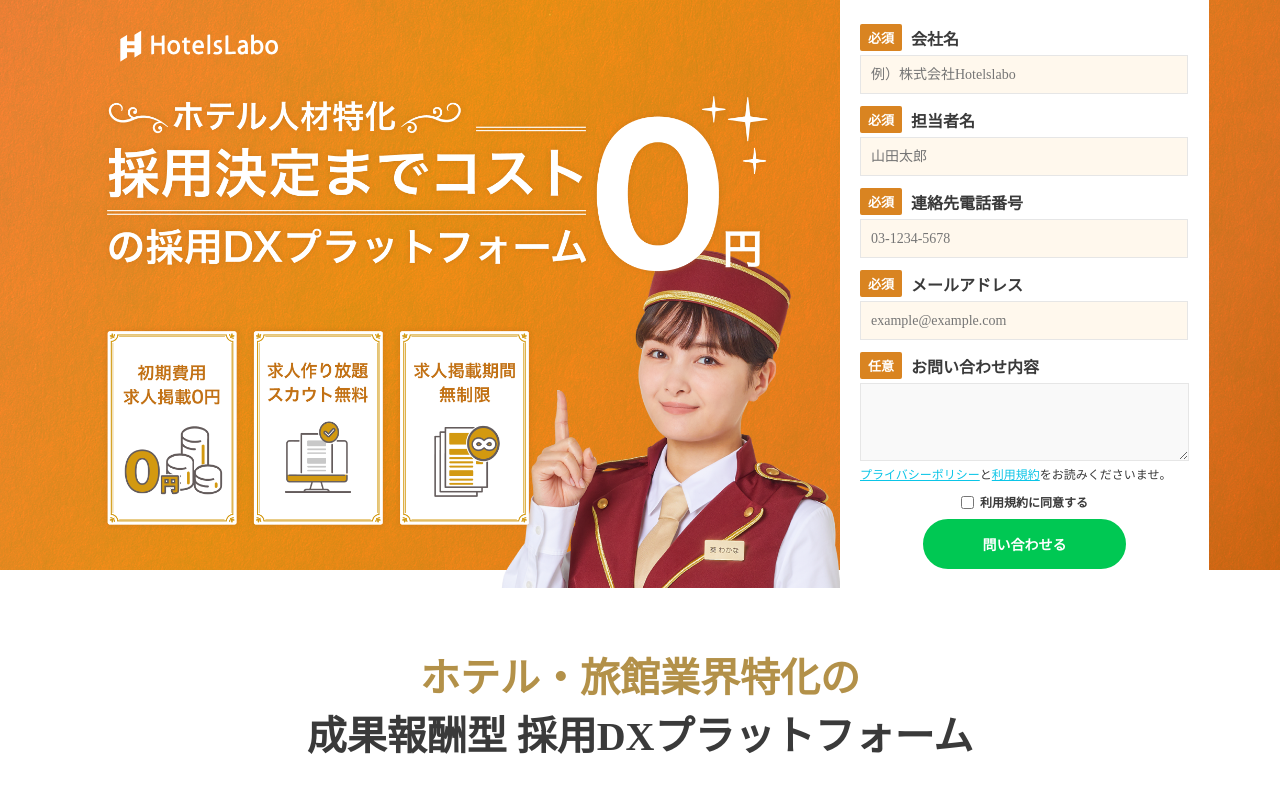
Repository: FujieRyou/to_b_lp
Page: index.html
These files come from the project's save history. The page is drawn as it stood at one moment and after the next save; the edit follows.
The browser window is 1280 px wide. The pictures show the part of the page from y = 0 to 797 px (the page is 8532 px tall).
Pictures or frames that could not be fetched are drawn as grey boxes. A picture or video elsewhere on the page could not be fetched, so the positions and the page height are approximate.

Above is the page before, as saved 2024-03-09 02:08:42.
Not found: index.js

After the next save:
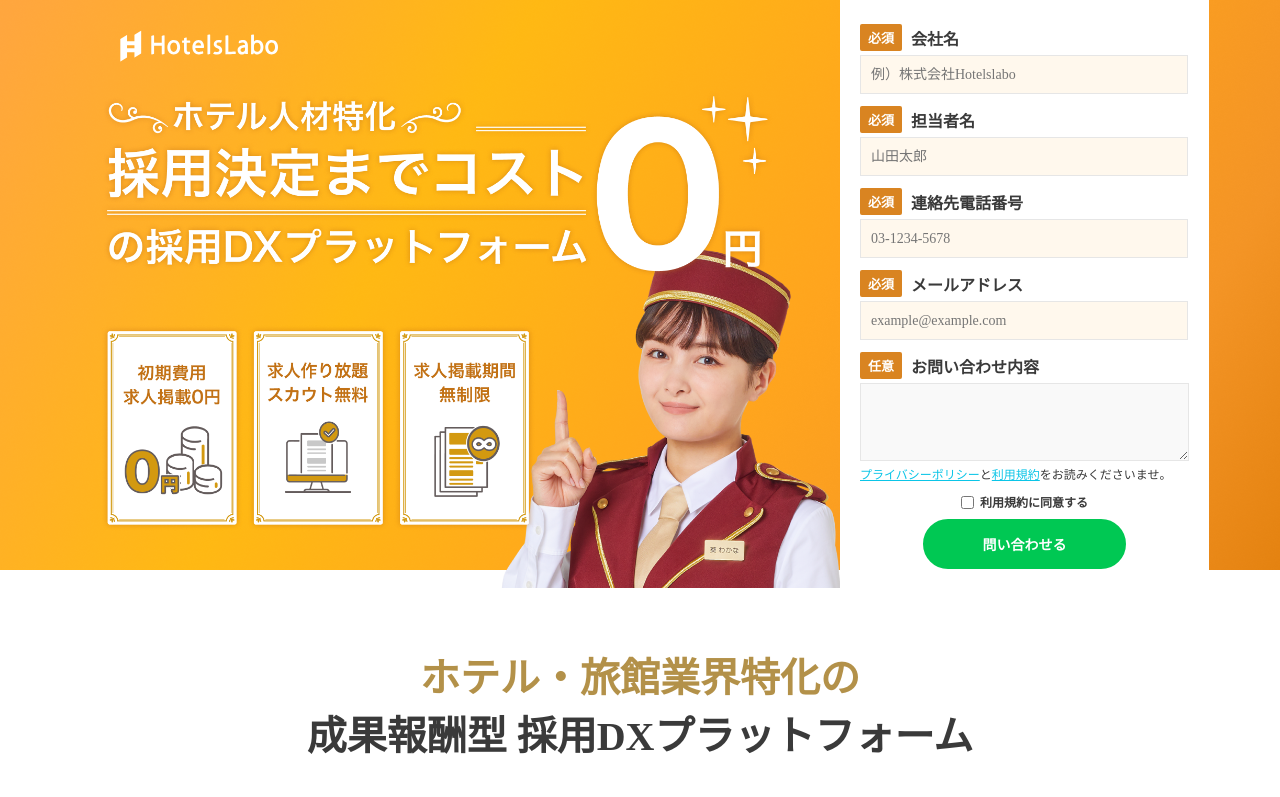
Saved 104 s later.
--- a/style.css
+++ b/style.css
@@ -15,7 +15,7 @@
 .firstViewEffect{
     width: 100%;
     height: 100%;
-    background-image: url("./img/bgcBler.png");
+    /* background-image: url("./img/bgcBler.png"); */
     overflow: hidden;
 }
 

After the save that followed:
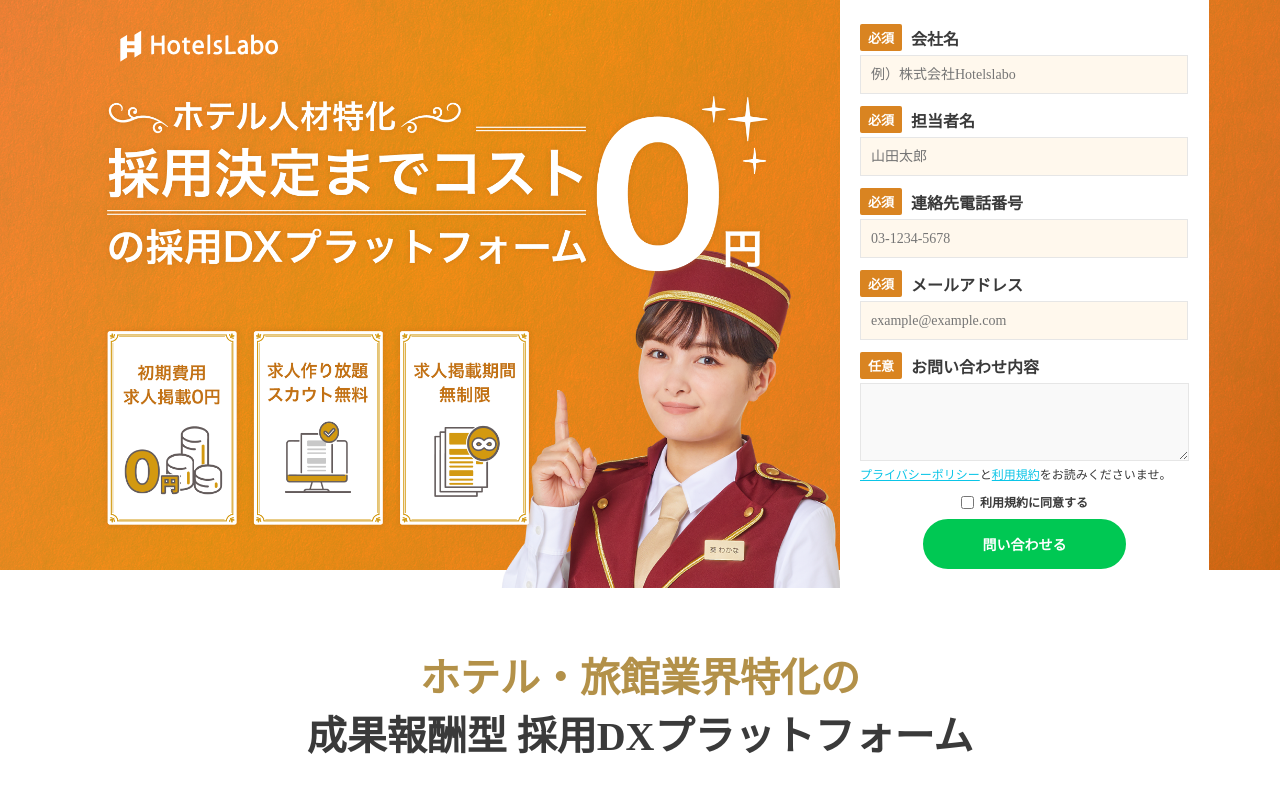
Saved 4 s later.
--- a/style.css
+++ b/style.css
@@ -15,7 +15,7 @@
 .firstViewEffect{
     width: 100%;
     height: 100%;
-    /* background-image: url("./img/bgcBler.png"); */
+    background-image: url("./img/bgcBler.png");
     overflow: hidden;
 }
 
